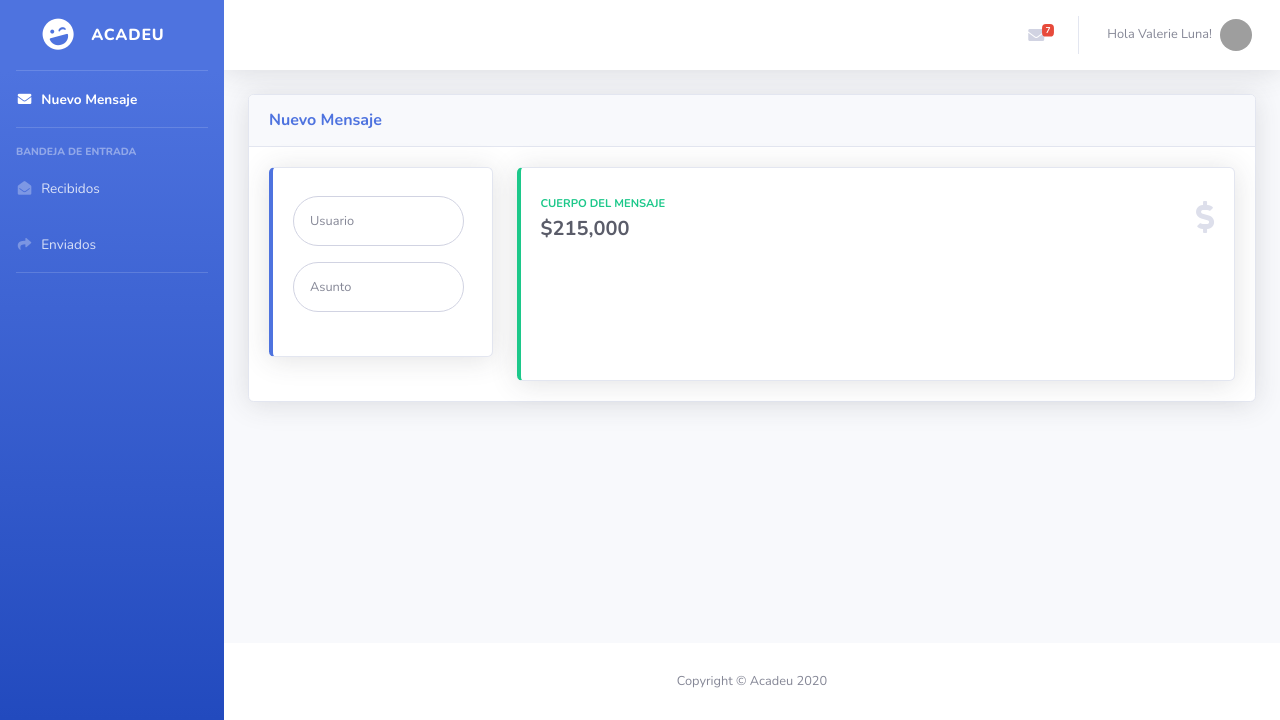
Repository: nicolask92/spring_java_test
Page: http://localhost/nuevo-mensaje
An editor plug-in stored every save of this project. The page is shown before and after the next save, followed by the edit.
The browser window is 1280 px wide. The pictures show the whole page.
Pictures or frames that could not be fetched are drawn as grey boxes. The page is this project's Thymeleaf template; nobody is signed in. The template is opened directly, without the code that normally fills it, so the values that code supplies are empty.

Above is the page before, as saved 2020-06-13 21:41:08.

After the next save:
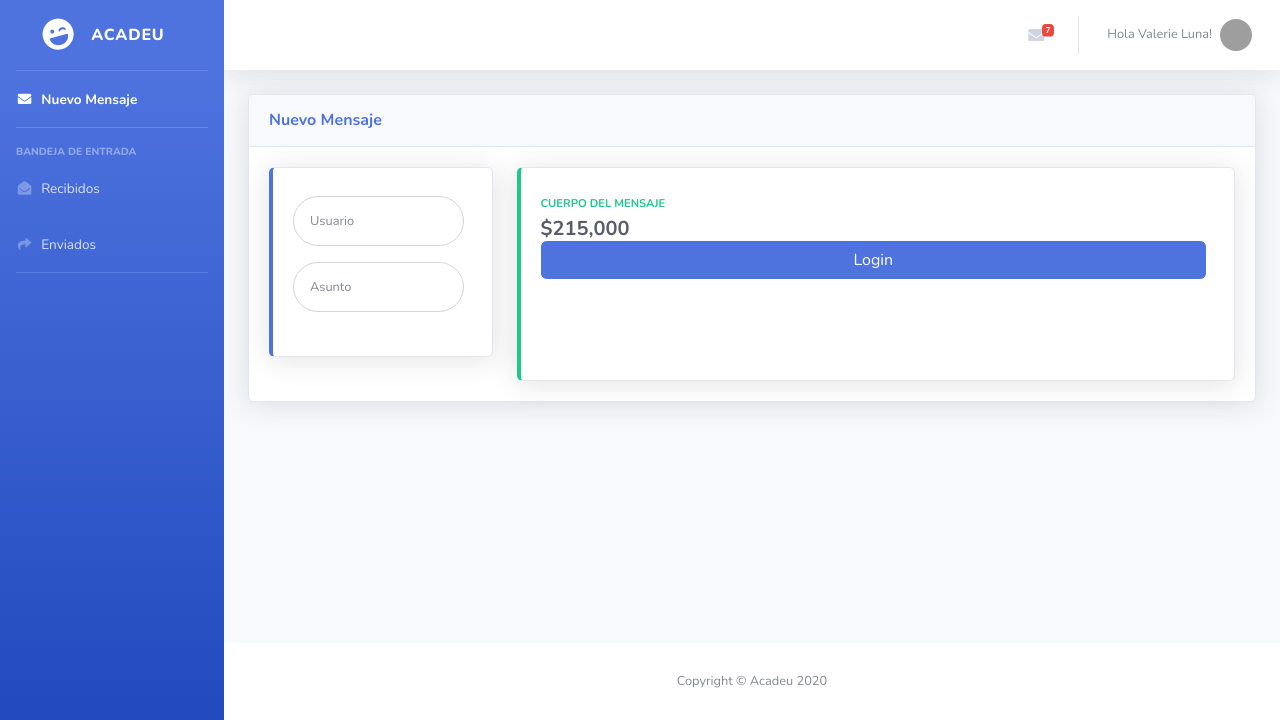
Saved 82 s later.
--- a/spring-tutorial/src/main/resources/templates/nuevo-mensaje.html
+++ b/spring-tutorial/src/main/resources/templates/nuevo-mensaje.html
@@ -235,10 +235,9 @@
 					                    <div class="col mr-2">
 					                      <div class="text-xs font-weight-bold text-success text-uppercase mb-1">Cuerpo del Mensaje</div>
 					                      <div class="h5 mb-0 font-weight-bold text-gray-800">$215,000</div>
-					                    </div>
-					                    <div class="col-auto">
-					                      <i class="fas fa-dollar-sign fa-2x text-gray-300"></i>
-					                    </div>
+													<a href="index.html"
+														class="btn btn-primary btn-user btn-block"> Login </a>
+										</div>
 					                  </div>
 					                </div>
 					              </div>
